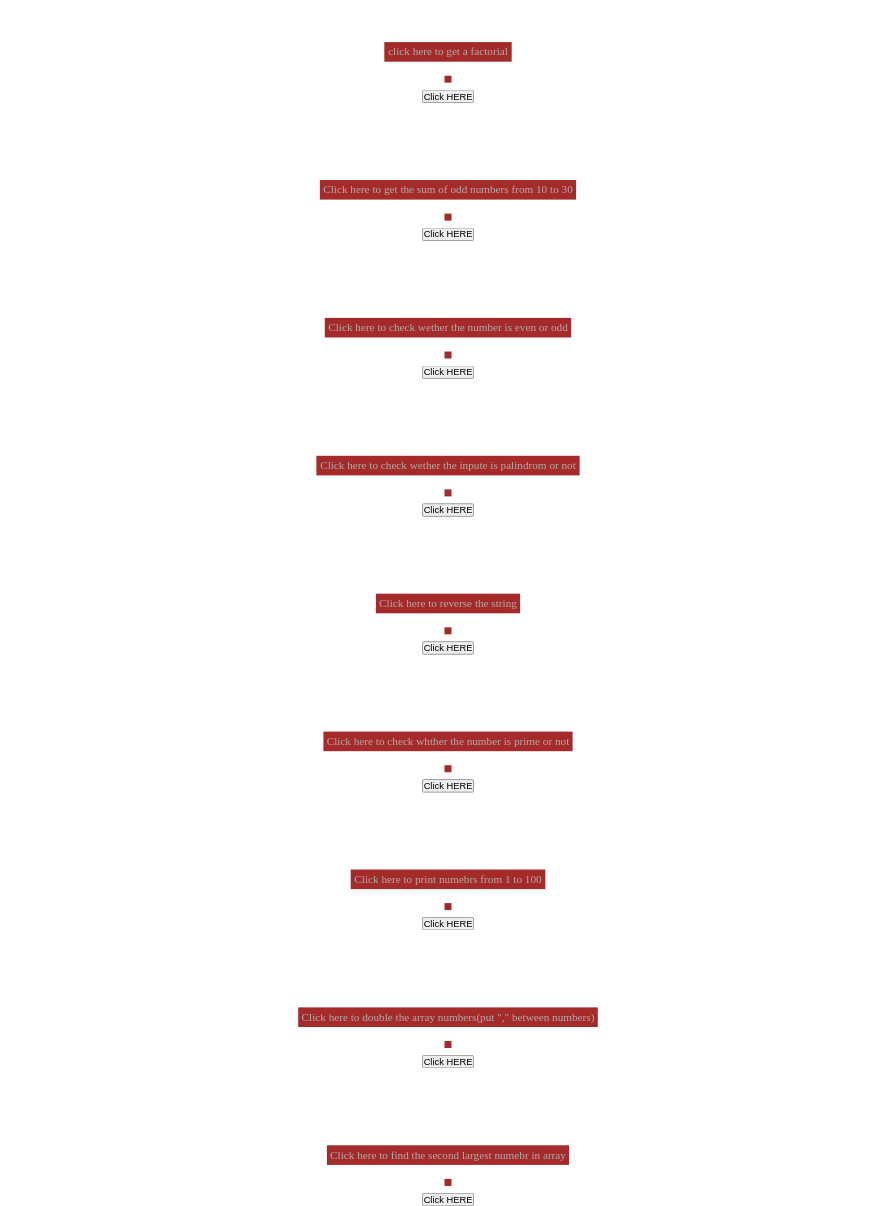
Repository: Aditya0377/Assignments
Page: Assignment/javascript practise/javascript.html
These files come from the project's save history. The page is drawn as it stood at one moment and after the next save; the edit follows.
The browser window is 1280 px wide. The pictures show the part of the page from y = 1053 to 2973 px (the page is 2776 px tall before and 2973 px after), at 70% of full size.

Above is the page before, as saved 2024-02-20 13:48:46.

After the next save:
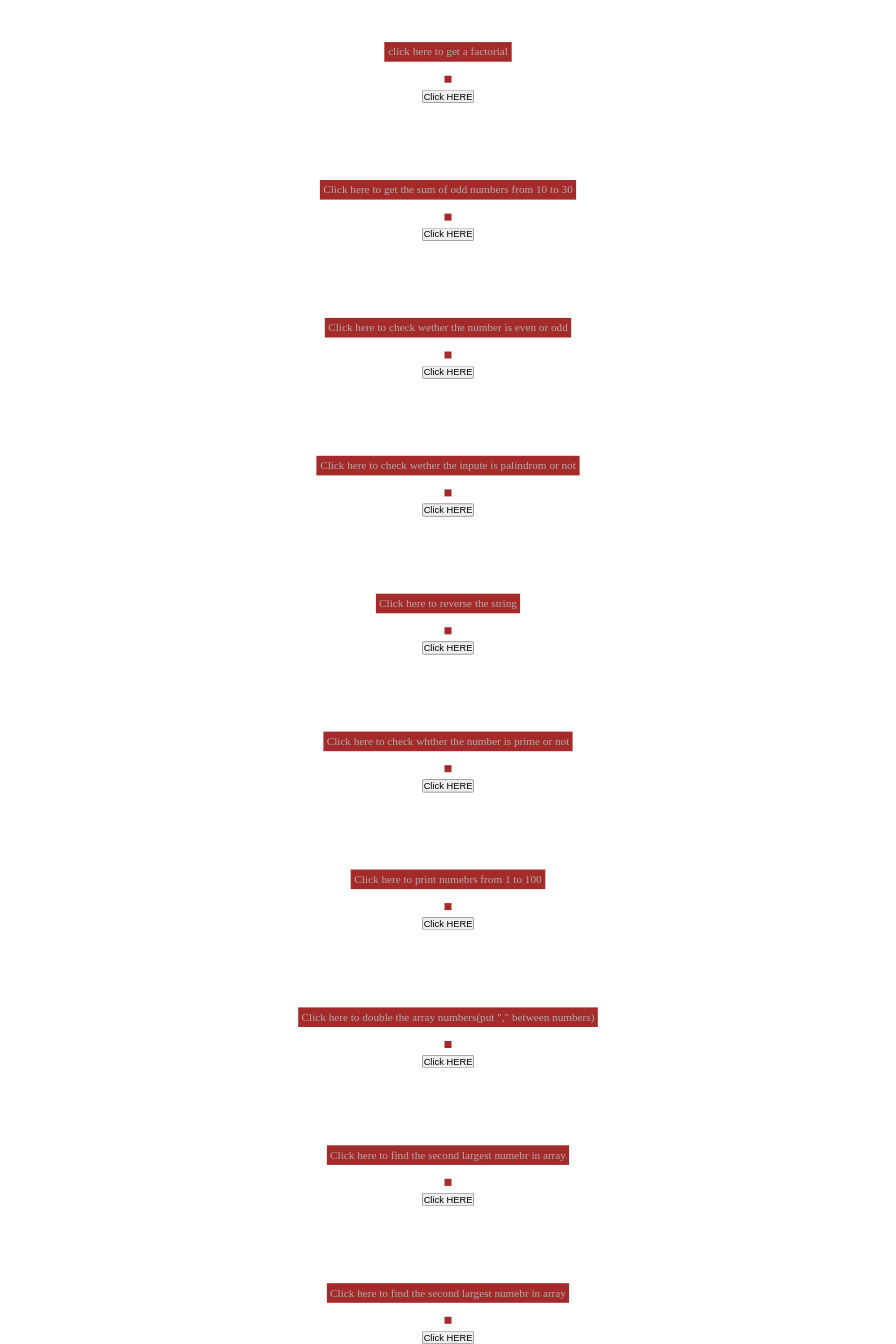
Saved 71 s later.
--- a/Assignment/javascript practise/javascript.html
+++ b/Assignment/javascript practise/javascript.html
@@ -109,6 +109,12 @@
         <button id="fourteenB" onclick="fourtfunc()">Click HERE</button>
 
     </div>
+    <div class="cont">
+        <p>Click here to find the second largest numebr in array </p>
+        <p id="fifteenth"></p>
+        <button id="fifteenB" onclick="fiftfunc()">Click HERE</button>
+
+    </div>
 
     <script>
 
@@ -288,6 +294,9 @@
         //          slicing out and swapping the first 2 characters of each. You can assume that the strings are at least 2 characters long. For example:
         //         mixUp('mix', pod'): Output should be— 'pox mid'
         // mixUp('dog', 'dinner'): Output should be—  'dig donner'
+        function fiftfunc() {
+
+        }
 
     </script>
 </body>
